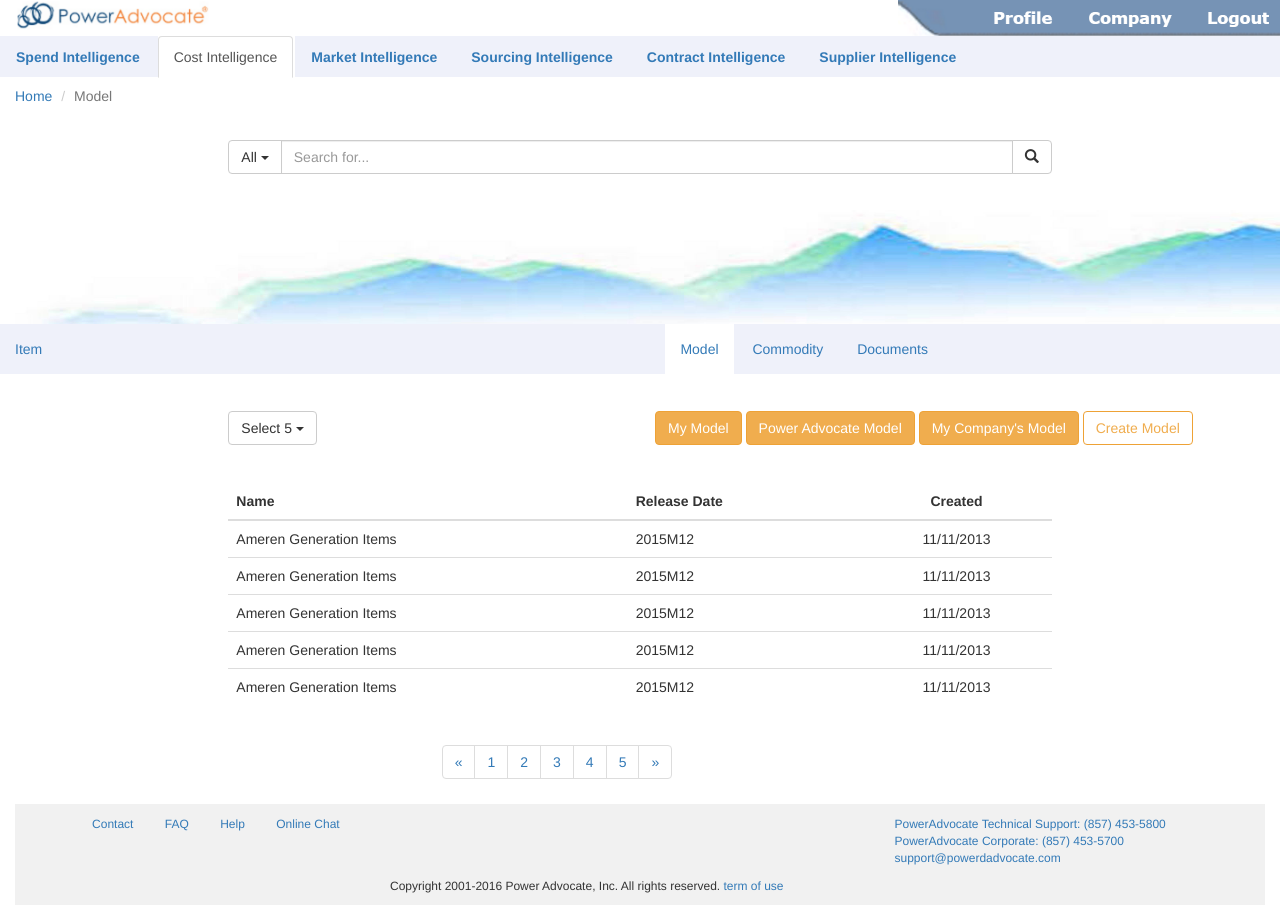
Repository: SamiraMansouri/PowerAdvocate-CostIntelligence-Application-new-Design-using-UserExperience-Method-
Page: http://localhost/PowerAdvocate/WEB-INF/views/home.jsp
These files come from the project's save history. The page is drawn as it stood at one moment and after the next save; the edit follows.
The browser window is 1280 px wide. The pictures show the whole page.
The page is served by Tomcat 9. Nobody is signed in. Other server files are loaded and not shown. The template is opened directly, without the code that normally fills it, so the values that code supplies are empty.

Above is the page before, as saved 2016-04-25 01:29:09.

### PowerAdvocate-Prototype/PowerAdvocate/src/main/webapp/WEB-INF/views/home.jsp
<!DOCTYPE html>
<html lang="en">
<head>
<title>Model</title>
<meta charset="utf-8">
<meta name="viewport" content="width=device-width, initial-scale=1">
<link rel="stylesheet"
	href="http://maxcdn.bootstrapcdn.com/bootstrap/3.3.6/css/bootstrap.min.css">
<script
	src="https://ajax.googleapis.com/ajax/libs/jquery/1.12.0/jquery.min.js"></script>
<script
	src="http://maxcdn.bootstrapcdn.com/bootstrap/3.3.6/js/bootstrap.min.js"></script>
</head>
<style>
.nav .navbar-nav>li>a:hover, .navbar-default .navbar-nav>li>a:focus {
	color: #ffff; /*Sets the text hover color on navbar*/
}

.nav .nav-tabs>.active>a, .nav .nav-tabs>.active>a:hover, .nav .nav-tabs>.active>a:focus
	{
	color: black; /*BACKGROUND color for active*/
	background-color: red;
}

.nav {
	background-color: #eff1fa;
	border-color: white;
}

.nav>li>a:hover, .nav>li>a:focus {
	text-decoration: none;
	background-color: silver; /*Change rollover cell color here*/
}

.navbar-default .navbar-nav>li>a {
	color: white; /*Change active text color here*/
}

.top-buffer {
	margin-top: 3%;
}

.nav .nav-tabs {
	display: inline-block;
	float: none;
	vertical-align: top;
}

.nav .navbar-collapse {
	text-align: center;
}

#bs-example-navbar-collapse-1 {
	padding: 0;
}

lineblue {
	border-bottom: 5pt solid black;
}

.navbar-nav {
	width: 100%;
	text-align: center; > li { float : none;
	display: inline-block;
}

}
.active {
	background-color: #fff;
}

.btn-warning.btn-outline {
	color: #f0ad4e;
}

.btn-warning.btn-outline:hover {
	color: #fff;
}

.btn-outline {
	background-color: transparent;
	color: inherit;
	transition: all .5s;
}

.footer {
	background-color: #F1F1F1;
	padding-top: 1%;
	font-size: 12px;
}

#col1 li {
	display: inline;
	text-decoration: none;
	padding-left: 5%;
}

#col1 ul {
	padding-left: 0;
}

#col2 li {
	text-decoration: none;
	padding-left: 35%;
	list-style-type: none;
}
.image
{
padding-right:0;

}
</style>
<body>

	<div class="container-fluid">
		<div class="row">
			<div class="col-md-4 ">
				<img src="resources/img/pa.png" alt="logo"
					style="width: 50%; height: 30%;">
			</div>
			<div class="col-md-8 image">
				<span class="pull-right "> <img src="resources/img/menu.png"
					class="pull-right " alt="logo" style="width: 60%; height: 30%;">
				</span>
			</div>
		</div>

		<!--end of row-->
		<div class="row">
			<ul class="nav nav-tabs">
				<li role="presentation"><a href="#"><b>Spend
							Intelligence</b></a></li>
				<li role="presentation" class="active"><a href="#">Cost
						Intelligence</a></li>
				<li role="presentation"><a href="#"><b>Market
							Intelligence</b></a></li>
				<li role="presentation"><a href="#"><b>Sourcing
							Intelligence</b></a></li>
				<li role="presentation"><a href="#"><b>Contract
							Intelligence</b></a></li>
				<li role="presentation"><a href="#"><b>Supplier
							Intelligence</b></a></li>
			</ul>
		</div>
		<!--end of row-->

		<div class="row">
			<ol class="breadcrumb"
				style="margin-bottom: 2%; background-color: #fff;">
				<li><a href="#">Home</a></li>
				<li class="active">Model</li>
			</ol>
		</div>
		<!-- bread crumb -->

		<div class="row">
			<div class="col-lg-2"></div>
			<div class="col-lg-8">
				<div class="input-group">
					<div class="input-group-btn">
						<button type="button" class="btn btn-default dropdown-toggle"
							data-toggle="dropdown" aria-haspopup="true" aria-expanded="false">
							All <span class="caret"></span>
						</button>
						<ul class="dropdown-menu">
							<li><a href="#">All</a></li>
							<li role="separator" class="divider"></li>
							<li><a href="#">Model</a></li>
							<li><a href="#">Item</a></li>
							<li><a href="#">Commodity</a></li>
						</ul>
					</div>
					<!-- btn-group -->

					<input type="text" class="form-control" placeholder="Search for..." />
					<span class="input-group-btn">
						<button class="btn btn-default" type="button">
							<span class="glyphicon glyphicon-search" aria-hidden="true"></span>
						</button>
					</span>
				</div>
				<!-- /input-group -->
			</div>
			<!-- lg-8 -->
			<div class="col-lg-2"></div>
		</div>
		<!-- /row -->

		<div class="row">
			<div class="col-md-12 image">
				<img  src="resources/img/a.jpeg" alt="logo"
					style="width: 100%; height: 150px;">
			</div>
		</div>
		<!-- row -->

		<div class="row">
			<div class=" collapse navbar-collapse "
				id="bs-example-navbar-collapse-1">
				<ul class="nav navbar-nav">
				<li><a href="#"></a></li>
				<li><a href="#"></a></li>
				<li><a href="#"></a></li>
				<li><a href="#"></a></li>
				<li><a href="#"></a></li>
				<li><a href="#"></a></li>
				<li><a href="#"></a></li>
				<li><a href="#"></a></li>
					<li class="active"><a href="#">Model</a></li>
					<li class="pull-left"><a href="/prototype/Item">Item</a></li>
					<li><a href="/prototype/Commodity">Commodity</a></li>
					<li><a href="/prototype/Documents">Documents</a></li>
				</ul>
			</div>
			<!-- /.navbar-collapse -->
		</div>

		<div class="row top-buffer ">
			<div class="col-md-2"></div>
			<div class="col-md-2">

				<div class="dropdown pull-left ">
					<button class="btn btn-default dropdown-toggle" type="button"
						id="dropdownMenu2" data-toggle="dropdown" aria-haspopup="true"
						aria-expanded="false">
						Select 5 <span class="caret"></span>
					</button>
					<ul class="dropdown-menu" aria-labelledby="dropdownMenu2">
						<li><a href="#">Select 5</a></li>
						<li><a href="#">Select 10</a></li>
						<li><a href="#">Select 50</a></li>
						<li><a href="#">Select 100</a></li>
					</ul>
				</div>
			</div>
			<div class="col-md-6 pull-right">
				<button type="Button" class="btn btn-warning">My Model</button>
				<button type="Button" class="btn btn-warning">Power
					Advocate Model</button>
				<button type="Button" class="btn btn-warning">My Company's
					Model</button>
				<a class="btn btn-warning btn-outline ">Create Model</a>
			</div>
<div class="col-md-2"></div>
		</div>



	<div class="row top-buffer x">
		<div class="col-sm-2"></div>
		<div class="col-sm-8">
			<table class="table table-hover">
				<thead>
					<tr>
						<th>Name</th>
						<th >Release Date</th>
						<th style="text-align:center;">Created</th>
					</tr>
				</thead>
				<tbody>
					<tr>
						<td>Ameren Generation Items</td>
						<td>2015M12</td>
						<td style="text-align:center;">11/11/2013</td>
					</tr>
					<tr>
						<td>Ameren Generation Items</td>
						<td>2015M12</td>
						<td style="text-align:center;">11/11/2013</td>
					</tr>
					<tr>
						<td>Ameren Generation Items</td>
						<td>2015M12</td>
						<td style="text-align:center;">11/11/2013</td>
					</tr>
					<tr>
						<td>Ameren Generation Items</td>
						<td>2015M12</td>
						<td style="text-align:center;">11/11/2013</td>
					</tr>
					<tr>
						<td>Ameren Generation Items</td>
						<td>2015M12</td>
						<td style="text-align:center;">11/11/2013</td>
					</tr>
				</tbody>
			</table>
		</div>
		<div class="col-md-2"></div>
	</div>

	<!--  -->
	<div class="row">
		<div class="col-md-2"></div>
		<div class="col-md-2"></div>
		<div class="col-md-8 ">
			<nav>
				<ul class="pagination">
					<li><a href="#" aria-label="Previous"> <span
							aria-hidden="true">&laquo;</span>
					</a></li>
					<li><a href="#">1</a></li>
					<li><a href="#">2</a></li>
					<li><a href="#">3</a></li>
					<li><a href="#">4</a></li>
					<li><a href="#">5</a></li>
					<li><a href="#" aria-label="Next"> <span
							aria-hidden="true">&raquo;</span>
					</a></li>
				</ul>
			</nav>
		</div>
	</div>
	<!--pagination-->
	<!--footer-->
	<div class="footer">
		<div class="row ">
			<div class="col-md-6" id="col1" style="padding-left: 5%;">
				<ul>
					<li><a src="#"> Contact</a></li>
					<li><a src="#"> FAQ </a></li>
					<li><a src="#"> Help</a></li>
					<li><a src="#"> Online Chat</a></li>
				</ul>
			</div>

			<div class="col-md-6" id="col2">
				<ul>
					<li><a src="#"> PowerAdvocate Technical Support: (857)
							453-5800</a></li>
					<li><a src="#"> PowerAdvocate Corporate: (857) 453-5700 </a></li>
					<li><a src="#"> support@powerdadvocate.com</a></li>
				</ul>
			</div>
		</div>
		<div class="row">
			<div class="col-md-12">
				<p style="padding-left: 30%;">
					Copyright 2001-2016 Power Advocate, Inc. All rights reserved.<a
						src="#"> term of use </a>
				</p>
			</div>
		</div>
	</div>
	<!-- end of footer-->


	</div>
</body>
</html>

After the next save:
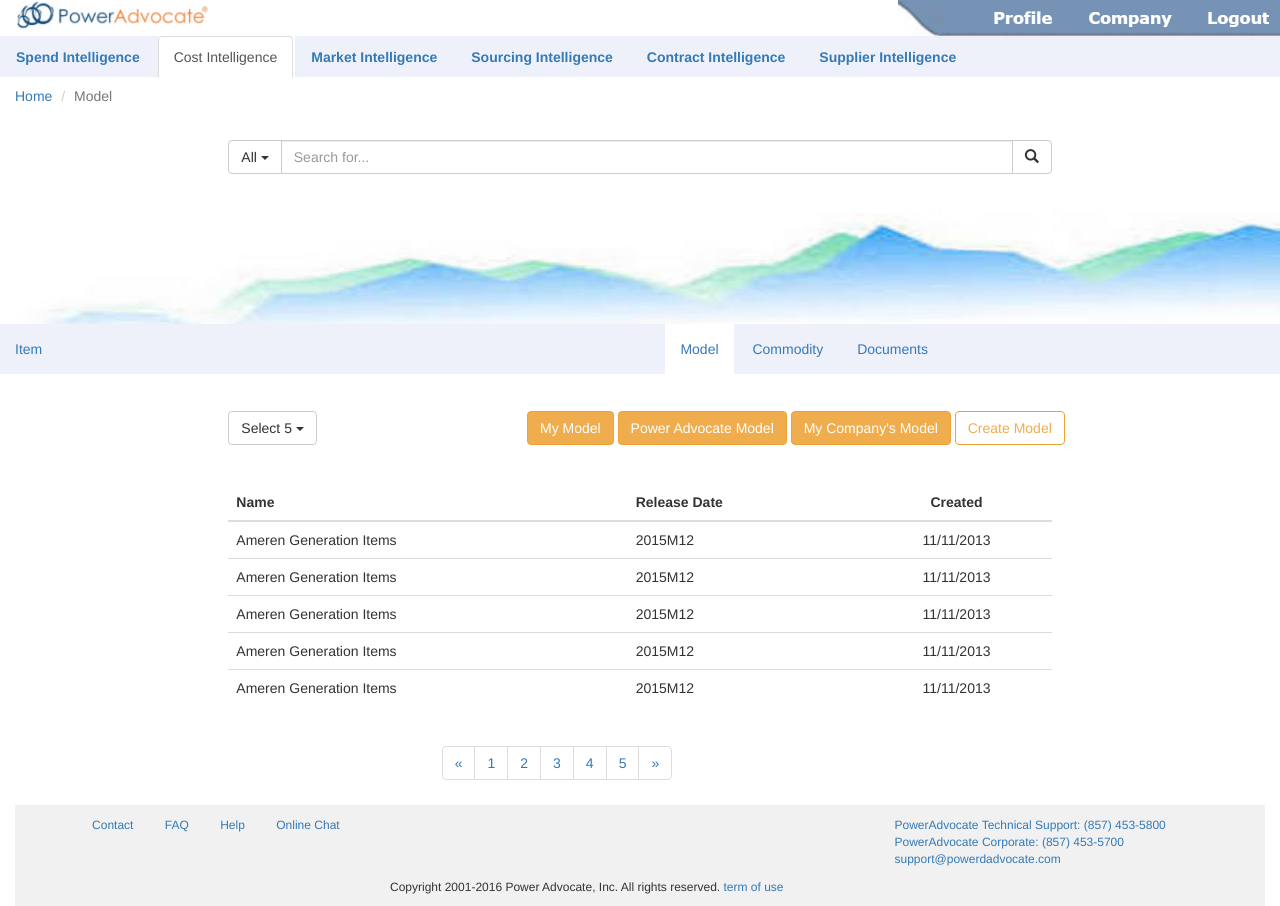
Saved 19 s later.
--- a/PowerAdvocate-Prototype/PowerAdvocate/src/main/webapp/WEB-INF/views/home.jsp
+++ b/PowerAdvocate-Prototype/PowerAdvocate/src/main/webapp/WEB-INF/views/home.jsp
@@ -233,7 +233,7 @@
 					</ul>
 				</div>
 			</div>
-			<div class="col-md-6 pull-right">
+			<div class="col-md-6 pull-right" style="margin-right:10%">
 				<button type="Button" class="btn btn-warning">My Model</button>
 				<button type="Button" class="btn btn-warning">Power
 					Advocate Model</button>
